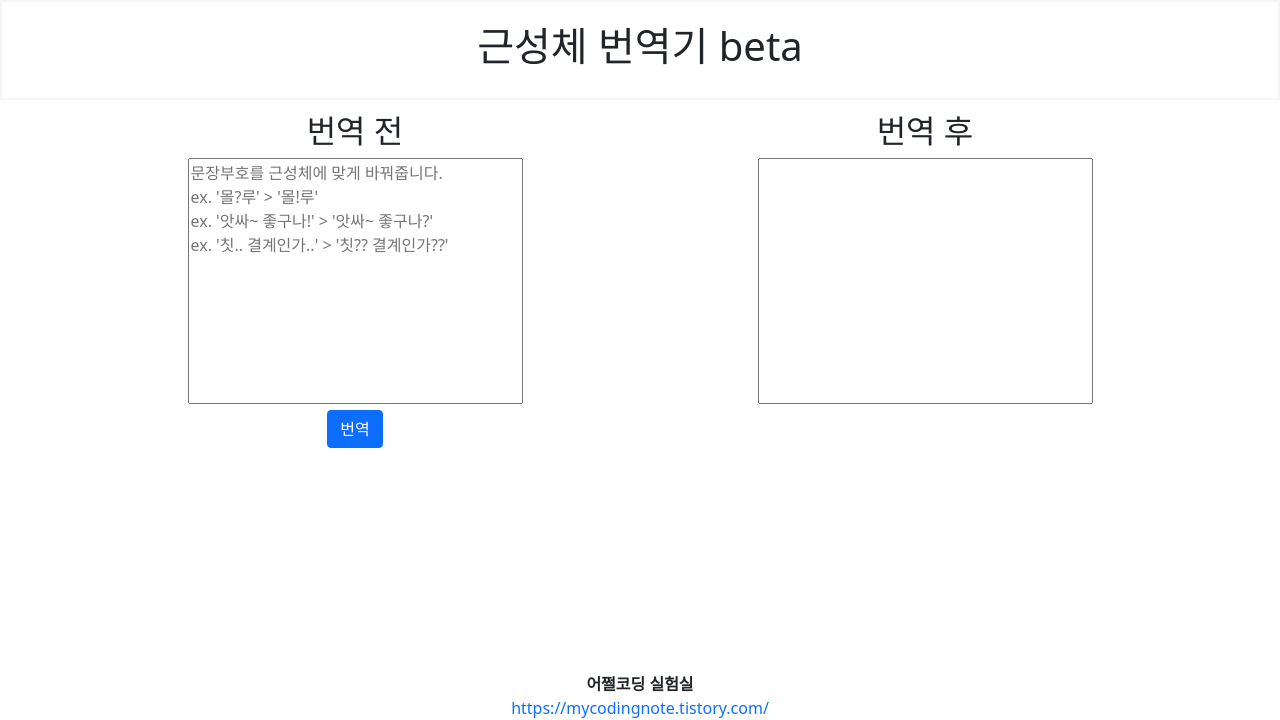
Repository: mickey530/jsp_practice
Page: http://localhost/JSPBasic/sungmo_send.jsp
An editor plug-in stored every save of this project. The page is shown before and after the next save, followed by the edit.
The browser window is 1280 px wide. The pictures show the whole page.
The page is served by Tomcat 9.

Above is the page before, as saved 2022-02-05 17:42:05.

After the next save:
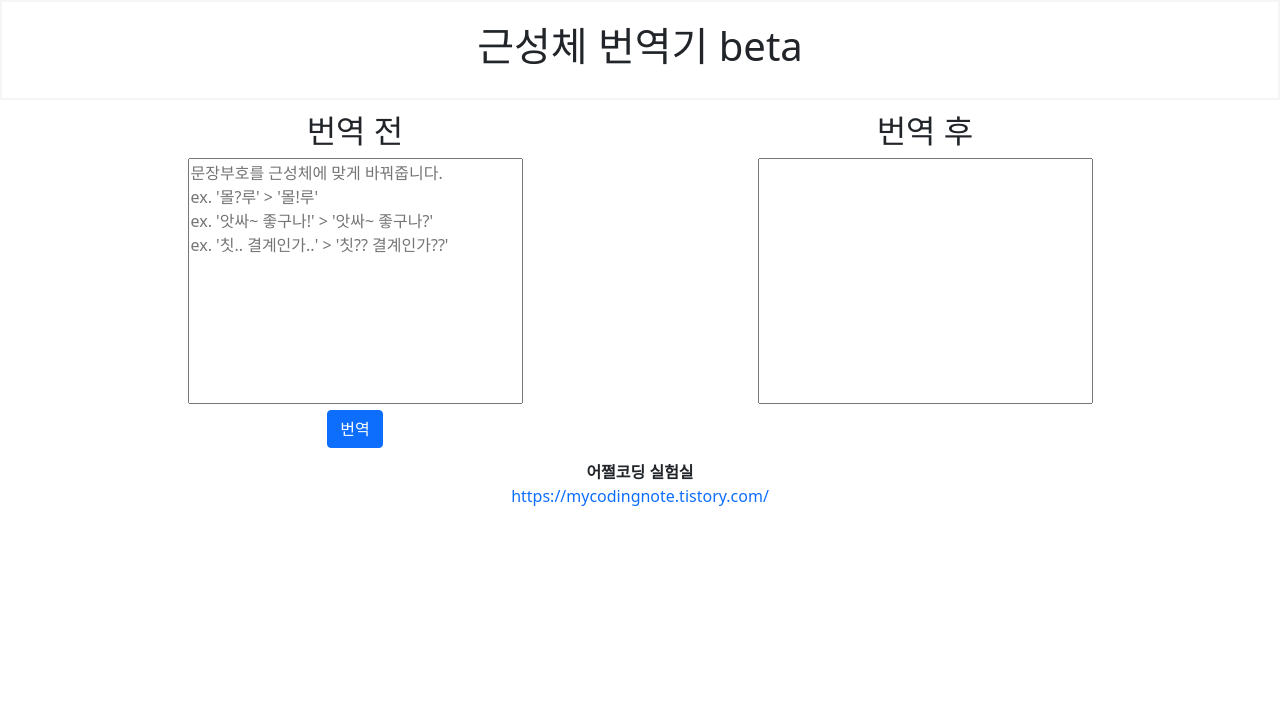
Saved 7 s later.
--- a/JSPBasic/src/main/webapp/sungmo_send.jsp
+++ b/JSPBasic/src/main/webapp/sungmo_send.jsp
@@ -16,7 +16,7 @@
 	footer {
 		width:100%;
 		text-align:center;
-		position:fixed;
+		/* position:fixed; */
 		left:0px;
 		bottom:0px;
 		}
